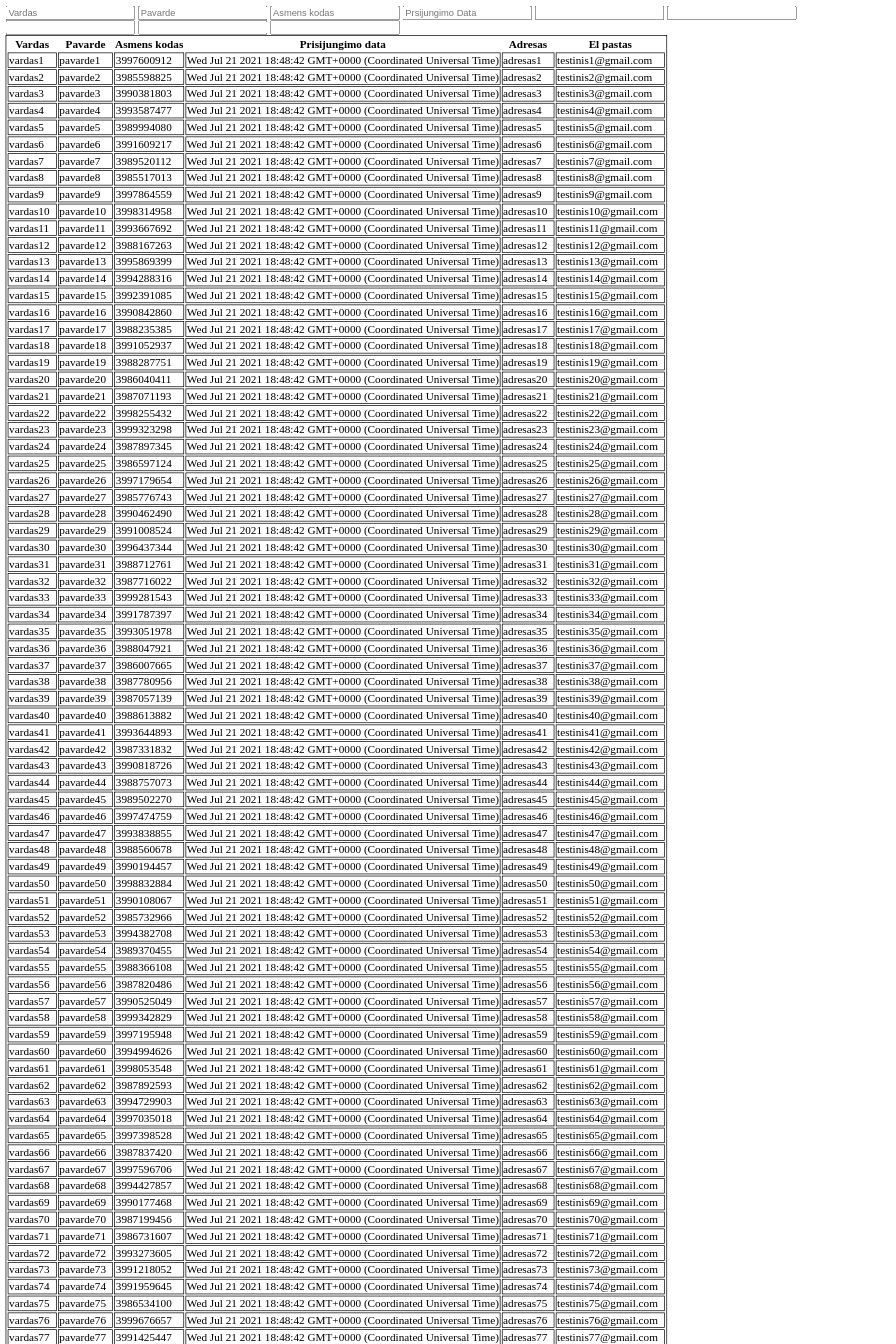
Repository: motiejus1/29-paskaita-05.31
Page: index.html
The author's editor kept a copy of each file at every save. The page is drawn from the files as they stood at one save, then again after the next save.
The browser window is 1280 px wide. The pictures show the part of the page from y = 0 to 1920 px (the page is 4884 px tall), at 70% of full size.

Above is the page before, as saved 2021-07-21 18:50:16.

After the next save:
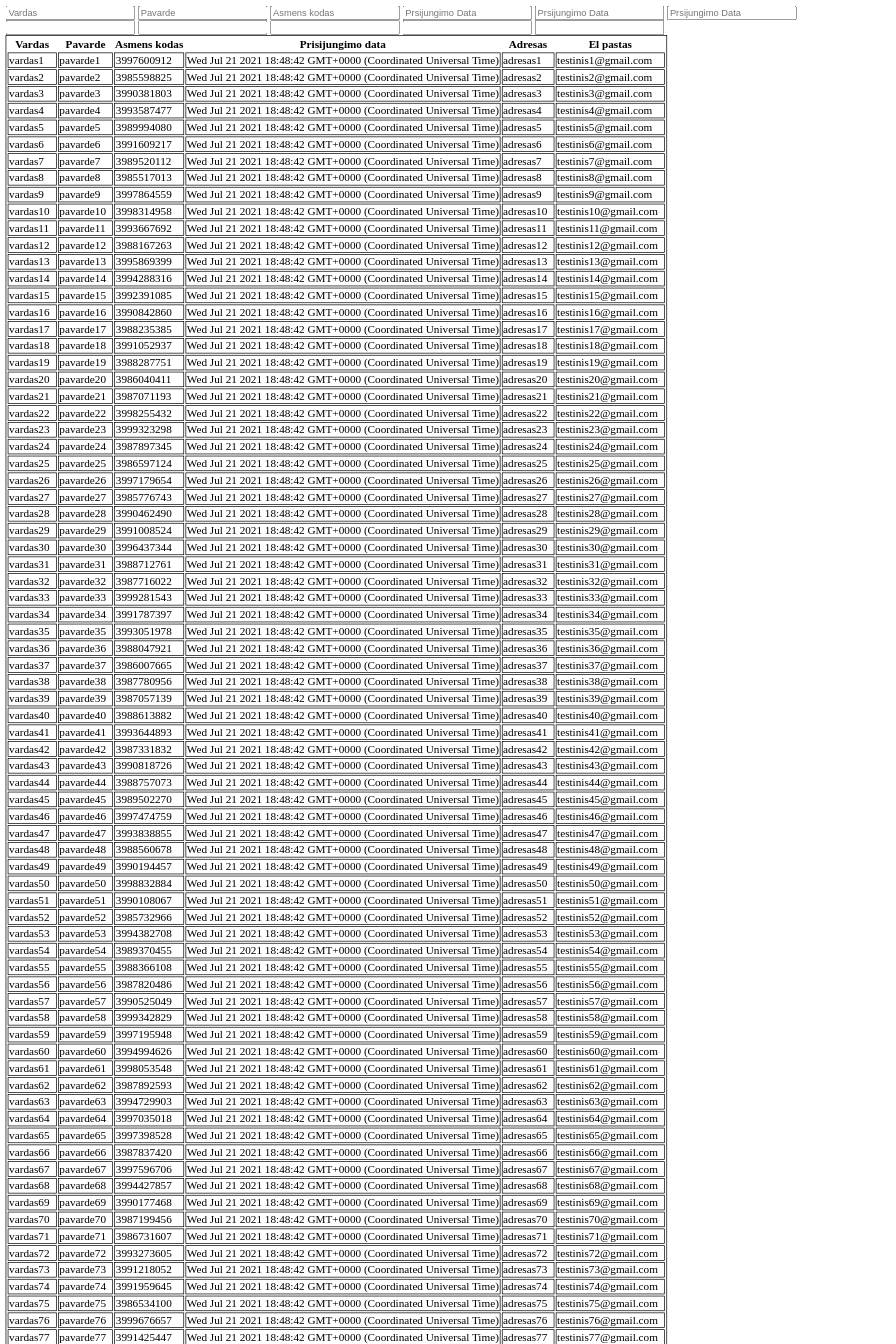
Saved 5 s later.
--- a/index.html
+++ b/index.html
@@ -21,6 +21,8 @@
         <input type="text" id="vardas" name="vardas" placeholder="Vardas" />
         <input type="text" id="pavarde" name="pavarde" placeholder="Pavarde" />
         <input type="text" id="asmensKodas" name="asmensKodas" placeholder="Asmens kodas" />
+        <input type="text" id="prsijungimData" name="prsijungimData" placeholder="Prsijungimo Data" />
+        <input type="text" id="prsijungimData" name="prsijungimData" placeholder="Prsijungimo Data" />
         <input type="text" id="prsijungimData" name="prsijungimData" placeholder="Prsijungimo Data" />
         <input/>
         <input/>
